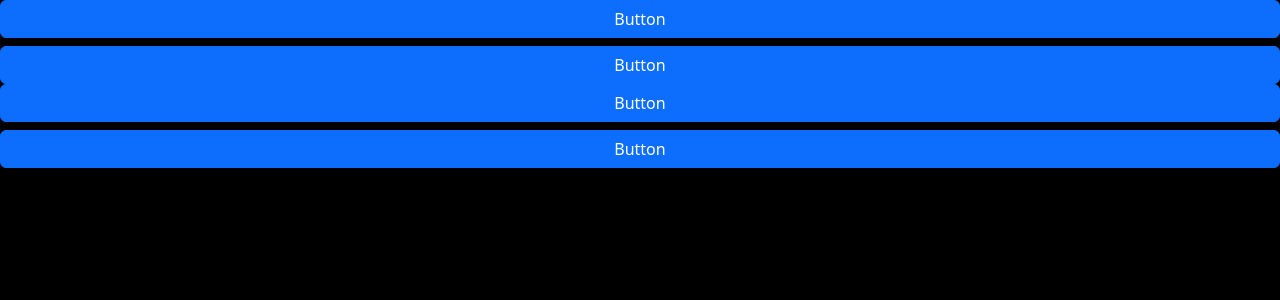
Repository: Drumstrum88/LAB-link-in-bio
Page: index.html
The author's editor kept a copy of each file at every save. The page is drawn from the files as they stood at one save, then again after the next save.
The browser window is 1280 px wide. The pictures show the whole page.

Above is the page before, as saved 2023-04-15 13:02:55.

After the next save:
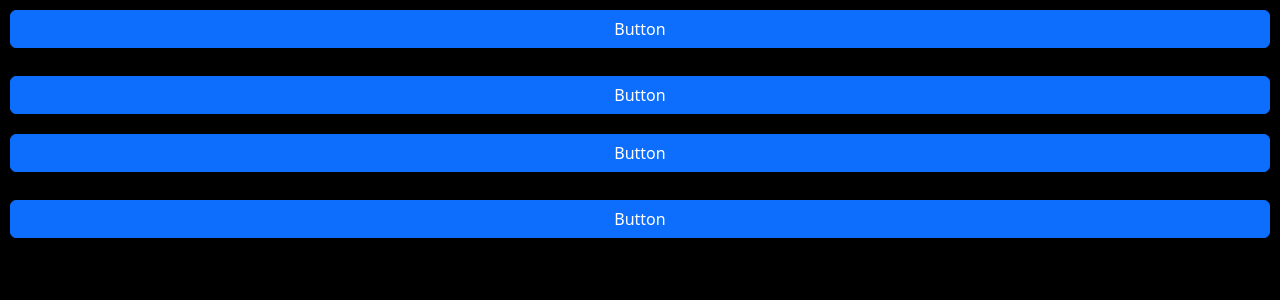
Saved 59 s later.
--- a/main.css
+++ b/main.css
@@ -2,6 +2,6 @@ body {
   background-color: black;
 }
 
-.btn btn-primary {
+.btn {
   margin: 10px;
 }
